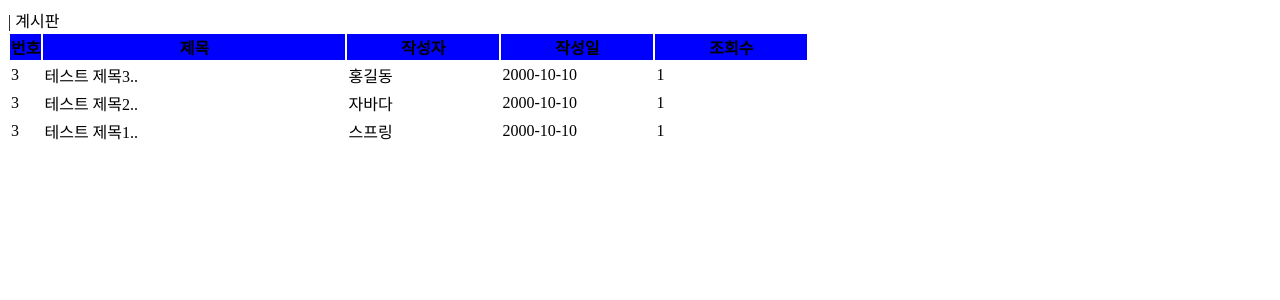
Repository: marudaga/html-css-lecture
Page: work/study/src/main/webapp/htmlEx/ch04/myQuiz.html
These files come from the project's save history. The page is drawn as it stood at one moment and after a run of saves; the edit follows.
The browser window is 1280 px wide. The pictures show the whole page.

Above is the page before, as saved 2022-09-07 07:24:46.

### work/study/src/main/webapp/htmlEx/ch04/myQuiz.html
<!DOCTYPE html>
<html>
<head>
<meta charset="UTF-8">
<title >Insert title here</title>

</head>
<body>
<div class="body-container">
<div >| 계시판</div>
<table>
  <tr style="text-align: center; background: blue">
    <th>번호</th>
    <th style="width: 300px;">제목</th>
    <th style="width: 150px;">작성자</th>
    <th style="width: 150px;">작성일</th>
    <th style="width: 150px;">조회수</th>
  </tr>
  <tr>
    <td>3</td>
    <td>테스트 제목3..</td>
    <td>홍길동</td>
    <td>2000-10-10</td>
    <td>1</td>
  </tr>
  <tr>
    <td>3</td>
    <td>테스트 제목2..</td>
    <td>자바다</td>
    <td>2000-10-10</td>
    <td>1</td>
  </tr>
  <tr>
    <td>3</td>
    <td>테스트 제목1..</td>
    <td>스프링</td>
    <td>2000-10-10</td>
    <td>1</td>
  </tr>
</table>
</div>
</body>
</html>

After the next 2 saves:
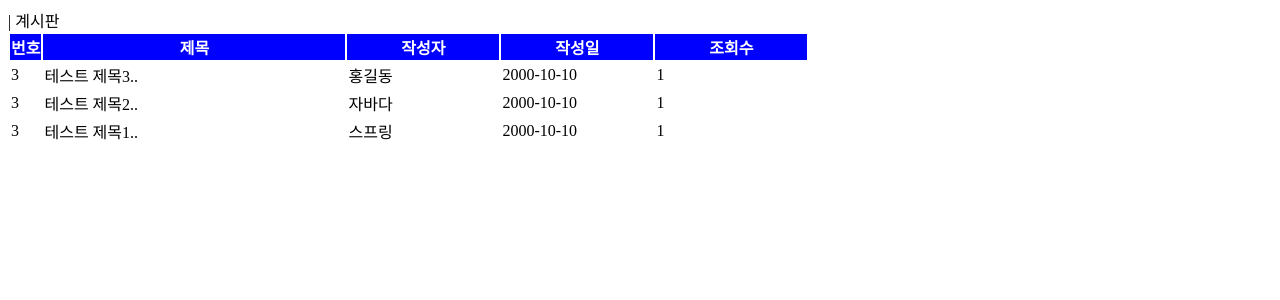
The 2 saves are shown as one change because they came seconds apart.
The last was saved 11 s later.
--- a/work/study/src/main/webapp/htmlEx/ch04/myQuiz.html
+++ b/work/study/src/main/webapp/htmlEx/ch04/myQuiz.html
@@ -9,7 +9,7 @@
 <div class="body-container">
 <div >| 계시판</div>
 <table>
-  <tr style="text-align: center; background: blue">
+  <tr style="text-align: center; background: blue; color: white;">
     <th>번호</th>
     <th style="width: 300px;">제목</th>
     <th style="width: 150px;">작성자</th>
